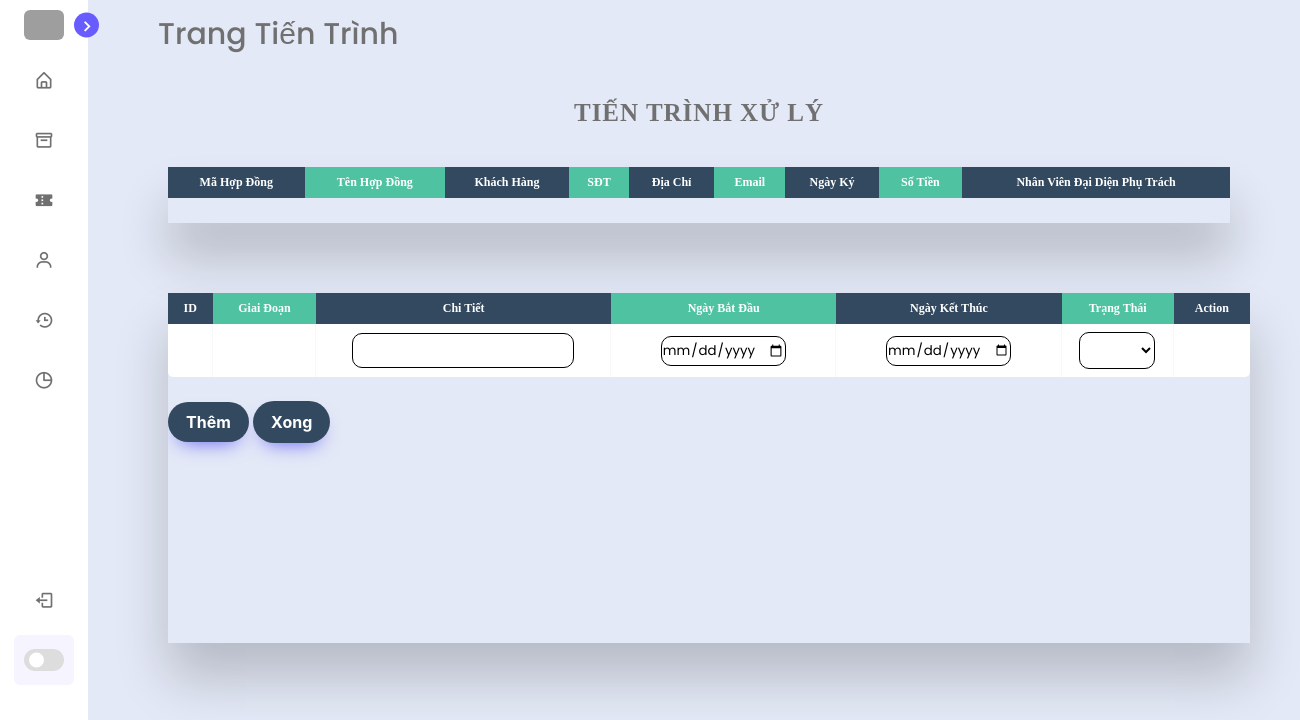
Repository: JeffDaveHudson/CapstoneProject
Page: http://localhost/CapstoneProject/processaddnewprocess
The author's editor kept a copy of each file at every save. The page is drawn from the files as they stood at one save, then again after the next save.
The browser window is 1280 px wide. The page is 1300 px wide, so the pictures cover 1300 px, including what lies to the right of the window. The pictures show the whole page.
Pictures or frames that could not be fetched are drawn as grey boxes. The page is served by Tomcat 9. Queries for data that is not in the repository find no rows.

Above is the page before, as saved 2023-07-01 14:39:18.

After the next save:
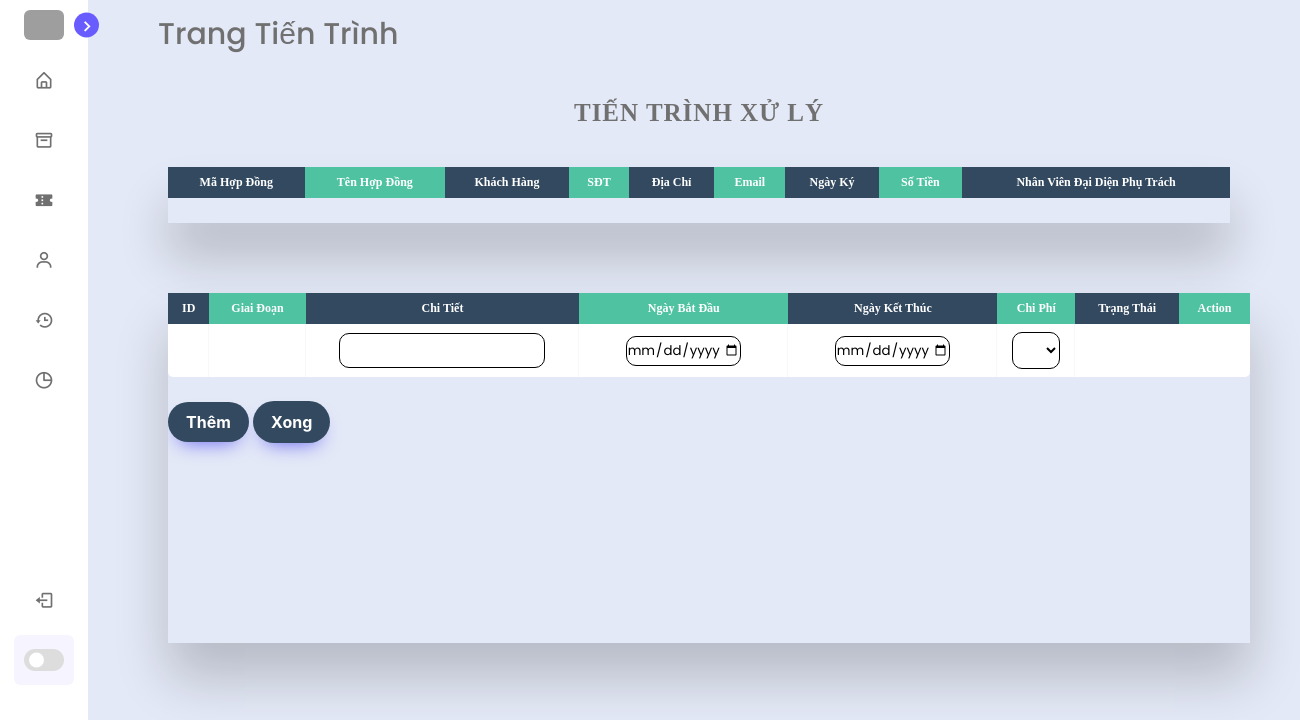
Saved 4 s later.
--- a/CapstoneProject/src/main/webapp/admin/Process.jsp
+++ b/CapstoneProject/src/main/webapp/admin/Process.jsp
@@ -152,6 +152,7 @@
 							<th>Chi Tiết</th>
 							<th>Ngày Bắt Đầu</th>
 							<th>Ngày Kết Thúc</th>
+							<th>Chi Phí</th>
 							<th>Trạng Thái</th>
 							<th>Action</th>
 						</tr>

After the 3 saves that followed:
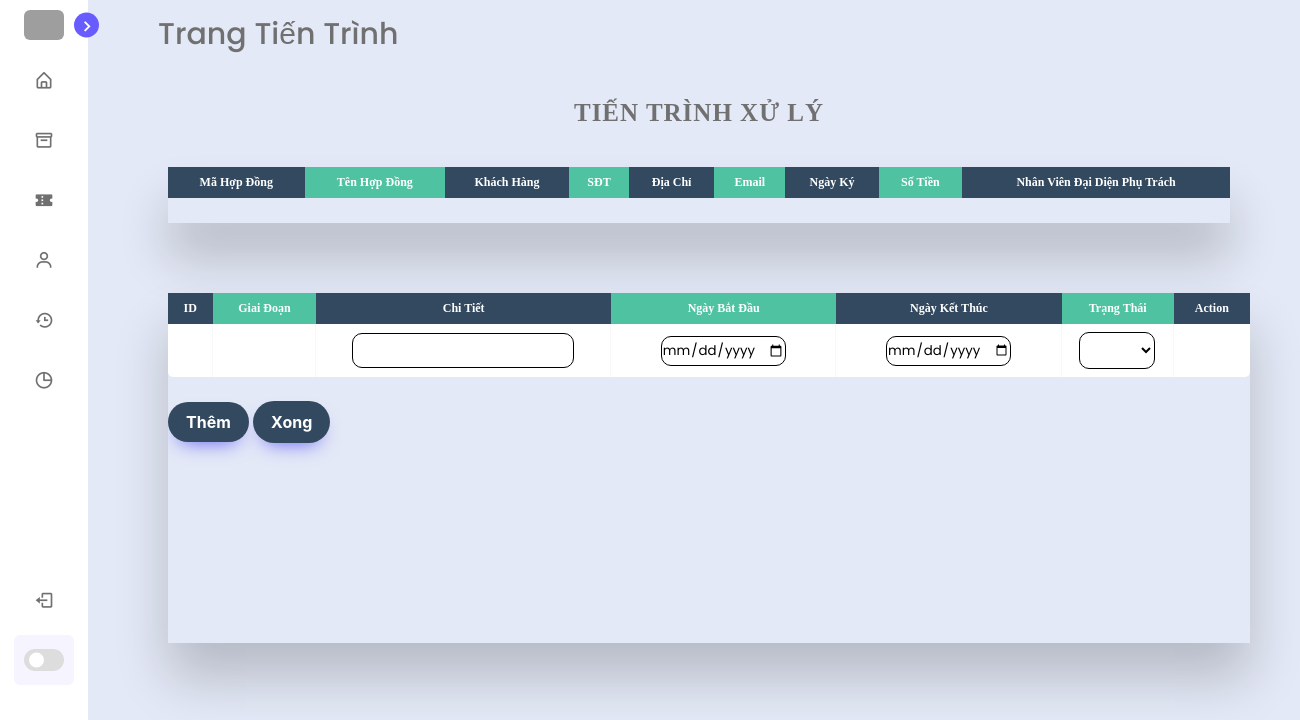
The 3 saves are shown as one change because 2 left the picture as it was.
The last was saved 67 s later.
--- a/CapstoneProject/src/main/webapp/admin/Process.jsp
+++ b/CapstoneProject/src/main/webapp/admin/Process.jsp
@@ -152,7 +152,7 @@
 							<th>Chi Tiết</th>
 							<th>Ngày Bắt Đầu</th>
 							<th>Ngày Kết Thúc</th>
-							<th>Chi Phí</th>
+							<!-- <th>Chi Phí</th> -->
 							<th>Trạng Thái</th>
 							<th>Action</th>
 						</tr>
@@ -178,7 +178,7 @@
 
 								<td>${processlist.endDate}</td>
 
-
+								<!-- <td></td> -->
 
 								<c:forEach items="${stateList}" var="statelist">
 								<c:if test="${processlist.idState == statelist.id}">
